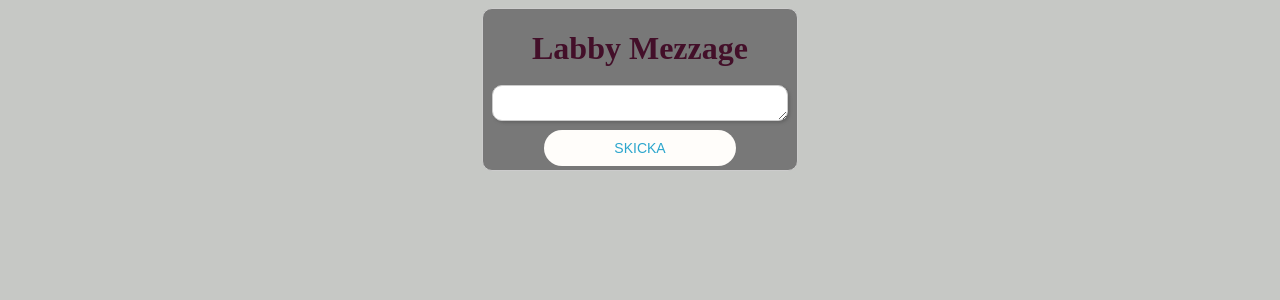
Repository: Angamanga/1dv403-laborationer
Page: 2-labbymezzage/index.html
The author's editor kept a record of every edit. The page is drawn from the files as they stood at one moment, then again after the next edit.
The browser window is 1280 px wide. The pictures show the whole page.
The pointer rests on the first visible `.submitMessage`.
Some web fonts or font styles are not loaded; a fallback is used.

Above is the page before.

After the next edit:
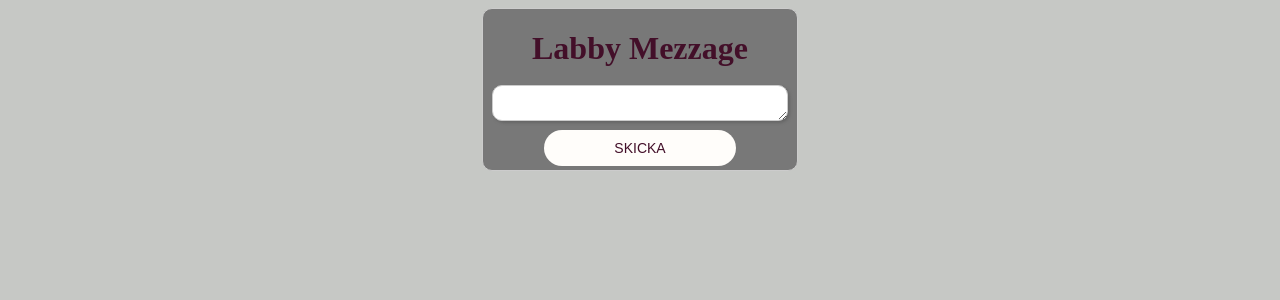
The edit:
--- a/2-labbymezzage/css/style.css
+++ b/2-labbymezzage/css/style.css
@@ -79,7 +79,5 @@
 }
 .submitMessage:hover{
     background:#fffdfa;
-    color:;
 
-color:#2ca6cd;
 }
